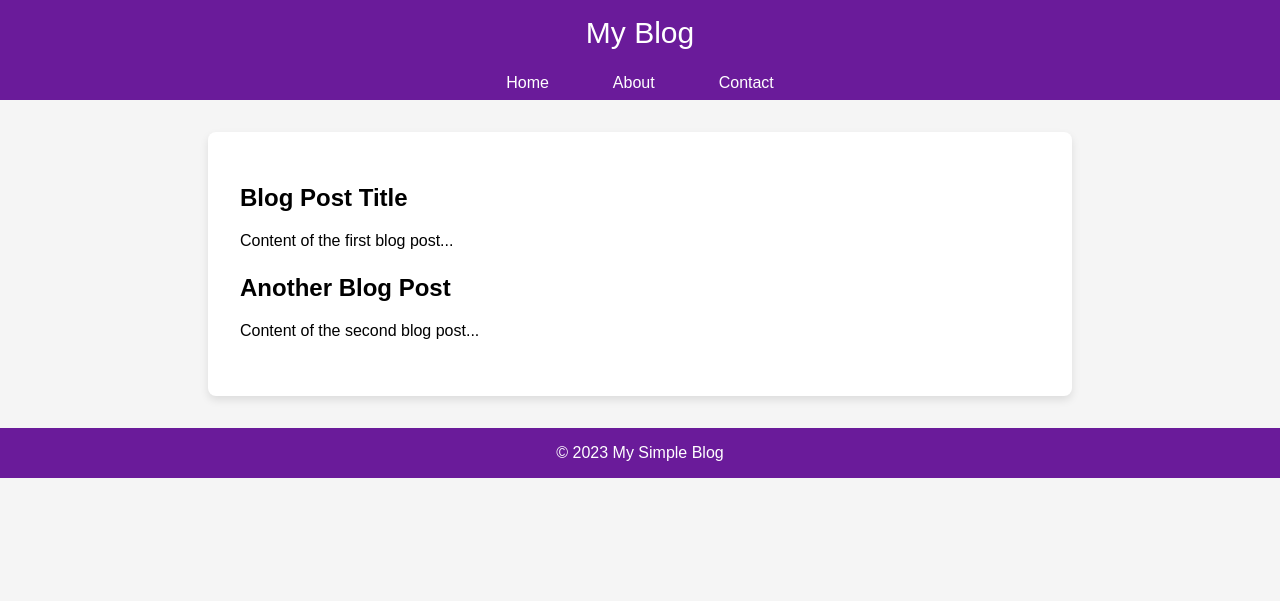
Repository: Femi007-gh/BLOG
Page: index.html
An editor plug-in stored every save of this project. The page is shown before and after the next save, followed by the edit.
The browser window is 1280 px wide. The pictures show the whole page.

Above is the page before, as saved 2025-01-08 09:25:38.

After the next save:
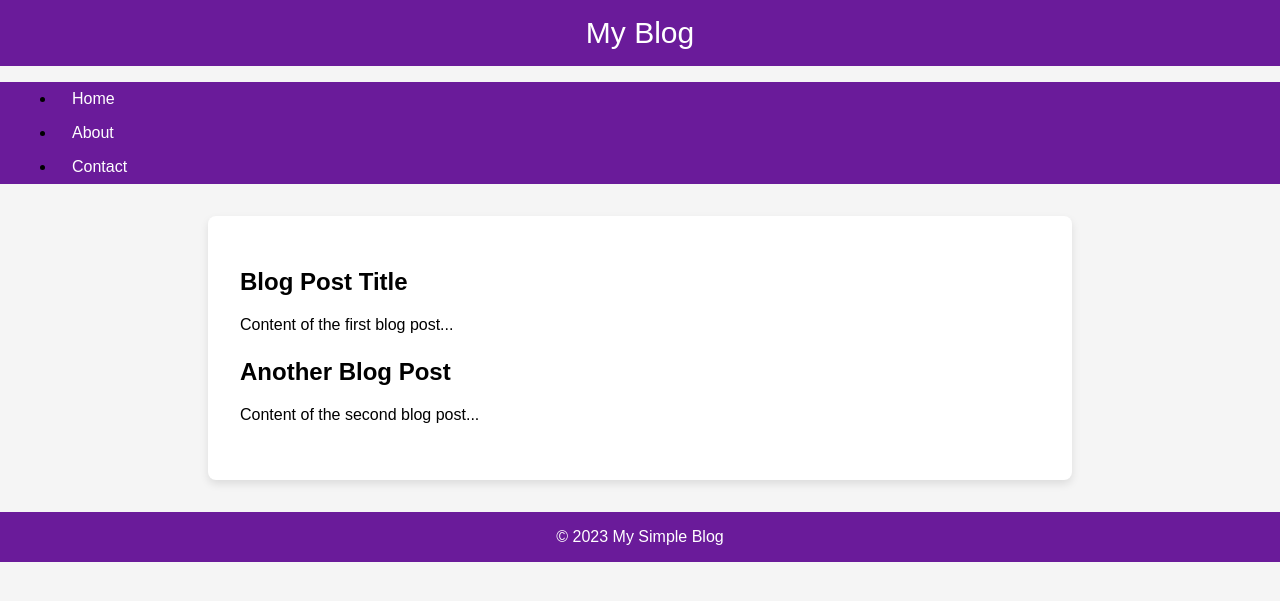
Saved 14 s later.
--- a/style.css
+++ b/style.css
@@ -17,13 +17,6 @@ nav {
 
 }
 
-ul {
-  list-style: none;
-  margin: 0;
-  padding: 0;
-  display: flex;
-  justify-content: center;
-}
 
 li {
   margin: 0 1rem;
